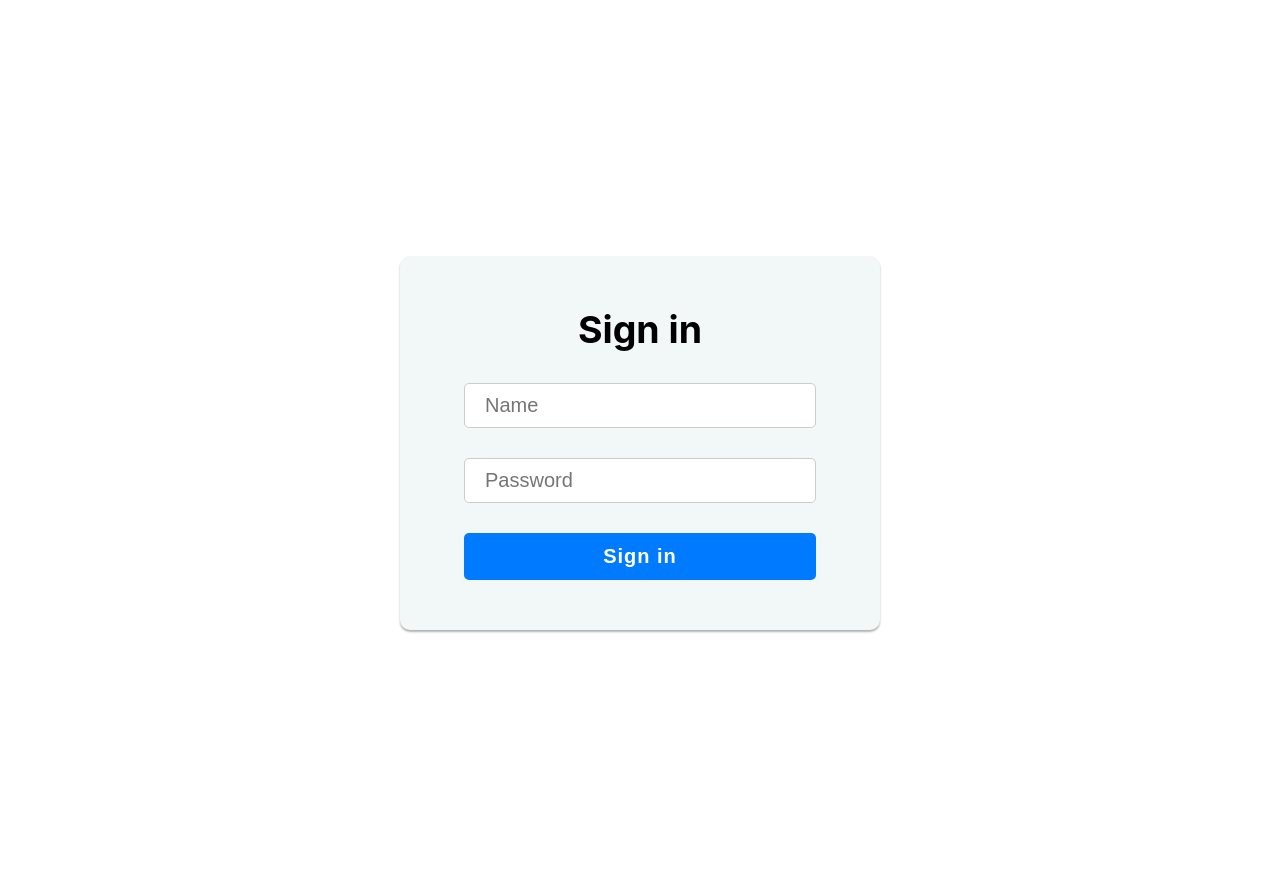
Repository: superHotBob/admin_nftillion
Page: /users
An editor plug-in stored every save of this project. The page is shown before and after the next save, followed by the edit.
The browser window is 1280 px wide. The pictures show the whole page.
The project was rebuilt for these pictures with package versions that can differ from the ones it lists, and the page was loaded fresh each time. Also part of the build but not shown: src/components/Users/styles.scss, src/components/NavPanel/styles.scss, src/components/Collections/styles.scss, src/components/Collections/index.js.

Above is the page before, as saved 2022-04-23 08:38:49.

### src/index.js
import React from "react";
import ReactDOM from "react-dom/client";
import "./index.css";
import { BrowserRouter } from "react-router-dom";
import "./index.css";
import App from "./App";

import reportWebVitals from "./reportWebVitals";

const root = ReactDOM.createRoot(document.getElementById("root"));
root.render(
  <React.StrictMode>
    <BrowserRouter>
      <App />
    </BrowserRouter>
  </React.StrictMode>
);

// If you want to start measuring performance in your app, pass a function
// to log results (for example: reportWebVitals(console.log))
// or send to an analytics endpoint. Learn more: https://bit.ly/CRA-vitals
reportWebVitals();

### src/App.js
import * as React from "react";
import { Routes, Route } from "react-router-dom";
import { Home } from "./components/Home";
import { Users } from "./components/Users";
import './App.css';
import { Collections } from "./components/Collections";

function App() {
  return (
    <div className="App">
    <Routes>
        <Route path="/" element={<Home />} />
        <Route path="users" element={<Users />} />
        <Route path="collections" element={<Collections />} />
      </Routes>
    </div>
  );
}

export default App;

### src/components/Home/index.js
import * as React from "react";
import "./styles.scss";
import axios from "axios";
import { useNavigate } from "react-router-dom";

export const Home = () => {
  const [password, setPassword] = React.useState("");
  const [name, setName] = React.useState("");
  let navigate = useNavigate();

  function login(event) {
    event.preventDefault();
    axios
      .post(`https://jsonplaceholder.typicode.com/users`, {
        name: name,
        password: password,
      })
      .then((res) => {
        console.log(res.data);
        if (res.data.name === "bob") {
          localStorage.setItem("name", res.data.name);
          navigate("/users");
        } else {
          navigate("/");
        }
      });
  }
  return (
    <div className="mainblock">
      <h2>Sign in</h2>
      <form onSubmit={login}>
        <label>

          <input
            type="text"
            value={name}
            required
            onChange={(e) => setName(e.target.value)}
            placeholder="Name"
          />
        </label>
        <label>

          <input
            type="password"
            value={password}
            required
            onChange={(e) => setPassword(e.target.value)}
            placeholder="Password"
          />
        </label>
        <button type="submit">Sign in</button>
      </form>
    </div>
  );
};

### src/components/Users/index.js
import * as React from "react";
import axios from "axios";
import { useNavigate } from "react-router-dom";

import "./styles.scss";

import { NavPanel } from "../NavPanel";

export const Users = () => {
  let navigate = useNavigate();
  const name = localStorage.getItem("name");
  const [data, setData] = React.useState([]);

  React.useEffect(() => {
    name
      ? axios.get(`https://jsonplaceholder.typicode.com/users`).then((res) => {
          console.log(res.data);
          setData(res.data);
        })
      : navigate("/");
  }, [name,navigate]);

  return (
    <>
      <NavPanel />
      <h1 className="header">List of users</h1>
      <div className="mainblockuser">
        <header>
          <span>wallet</span>
          <span>date reg.</span>
          <span>date last auth</span>
          <span>count collections</span>
          <span>count NFTs</span>
        </header>
        <section>
          {data.map((i) => (
            <p className="data">
              <span>{i.id}</span>
              <span>{i.name}</span>
              <span>{i.username}</span>
              <span>{i.email}</span>
              <span>{i.phone}</span>
            </p>
          ))}
        </section>
      </div>
    </>
  );
};

### src/components/Home/styles.scss
$submit: #007bff;
$white: #007bff;
$transition: all 0.25s ease-in-out;
.mainblock {
    width: 440px;
    height: auto;
    padding: 20px;
    background-color: #f2f7f7;
    margin: 20vw auto;
    box-shadow: 0px 2px 2px rgb(0 0 0 / 30%);
    border-radius: 10px;
    font-size: 25px;
    input, button {
        font-size: 20px;
        padding: 10px 20px;
        display: block;
        width: 100%;
        border-radius: 5px;
        border: 1px solid #ccc;
        margin: 10px auto 20px;
        cursor: pointer;
        box-sizing: border-box;
        outline: none;
    }
    label, button {
        width: 80%;
        text-align: left;
        margin: 0 auto 30px;
        display: block;
    }
    button {
        text-align: center;
        font-weight: 800;
    }

    @mixin mybutton($color_1, $color_2) {
        border: 2px solid $color_1;

        letter-spacing: 1px;

          color: #fff;
        background-color: $color_2;
          transition: $transition;
          &:hover {
              background-color: $color_1;
              border-color: $color_1;
              opacity: 0.8;
              color: #fff;
          }
          &:active {
              background-color: $color_1;
              border-color: $color_1;
              color: $color_2;
              box-shadow: none;
          }
          &:focus, &:active:focus {
              background-color: $color_1;
              border-color: $color_1;
              color: $color_2;
              outline: 5px auto $color_1;
          }
      }

    button {

            @include mybutton($submit, $white);

    }
}

### src/components/NavPanel/index.js
import "./styles.scss";
import { NavLink } from "react-router-dom";
export const NavPanel = () => {
  return (
    <div className="mainNavBlock">
      <NavLink
        style={({ isActive }) => {
          return {
            display: "block",
            padding: 20,
            textDecoration: "none",
            width: "45%",
            backgroundColor: isActive ? "#c0c0c0" : "whitw",
            color: !isActive ? "#c0c0c0" : "white",
          };
        }}
        to="/users"
      >
        USERS
      </NavLink>
      <NavLink
        style={({ isActive }) => {
          return {
            display: "block",
            width: "45%",
            textDecoration: "none",
            padding: 20,
            backgroundColor: isActive ? "#c0c0c0" : "white",
            color: !isActive ? "#c0c0c0" : "white",
          };
        }}
        to="/collections"
      >
        COLLECTIONS
      </NavLink>
      <NavLink
        to="/"
        style={{
          display: "block",
          width: "10%",
          textDecoration: "none",
          padding: 20,
          color: '#000',
          borderLeft: '1px solid #ddd'
        }}
      >
        sign out
      </NavLink>
    </div>
  );
};

Loaded but not shown: public/index.html (common file); src/index.css (common file); src/reportWebVitals.js (common file); src/App.css (common file)

After the next save:
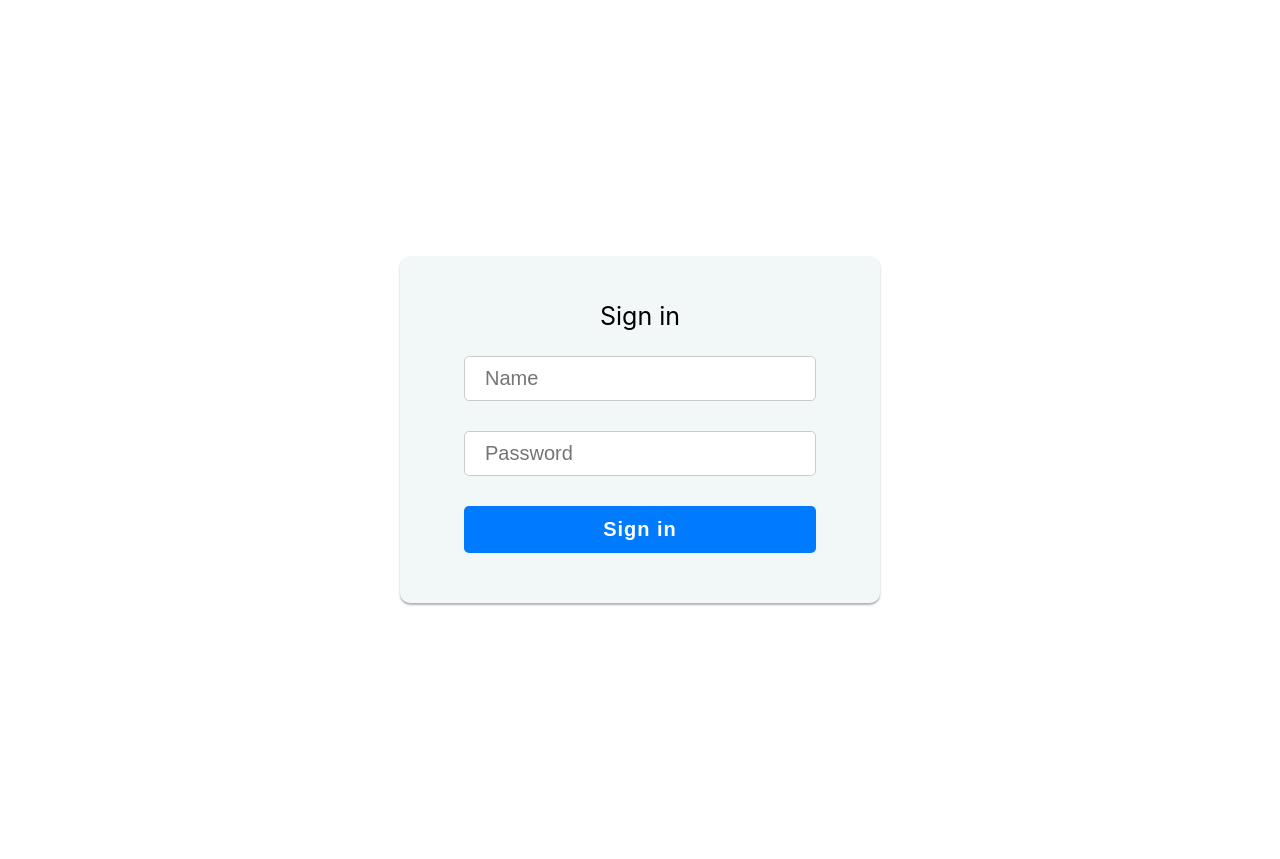
Saved 43 s later.
--- a/src/components/Home/index.js
+++ b/src/components/Home/index.js
@@ -27,7 +27,7 @@
   }
   return (
     <div className="mainblock">
-      <h2>Sign in</h2>
+      <p>Sign in</p>
       <form onSubmit={login}>
         <label>
 

After the save that followed:
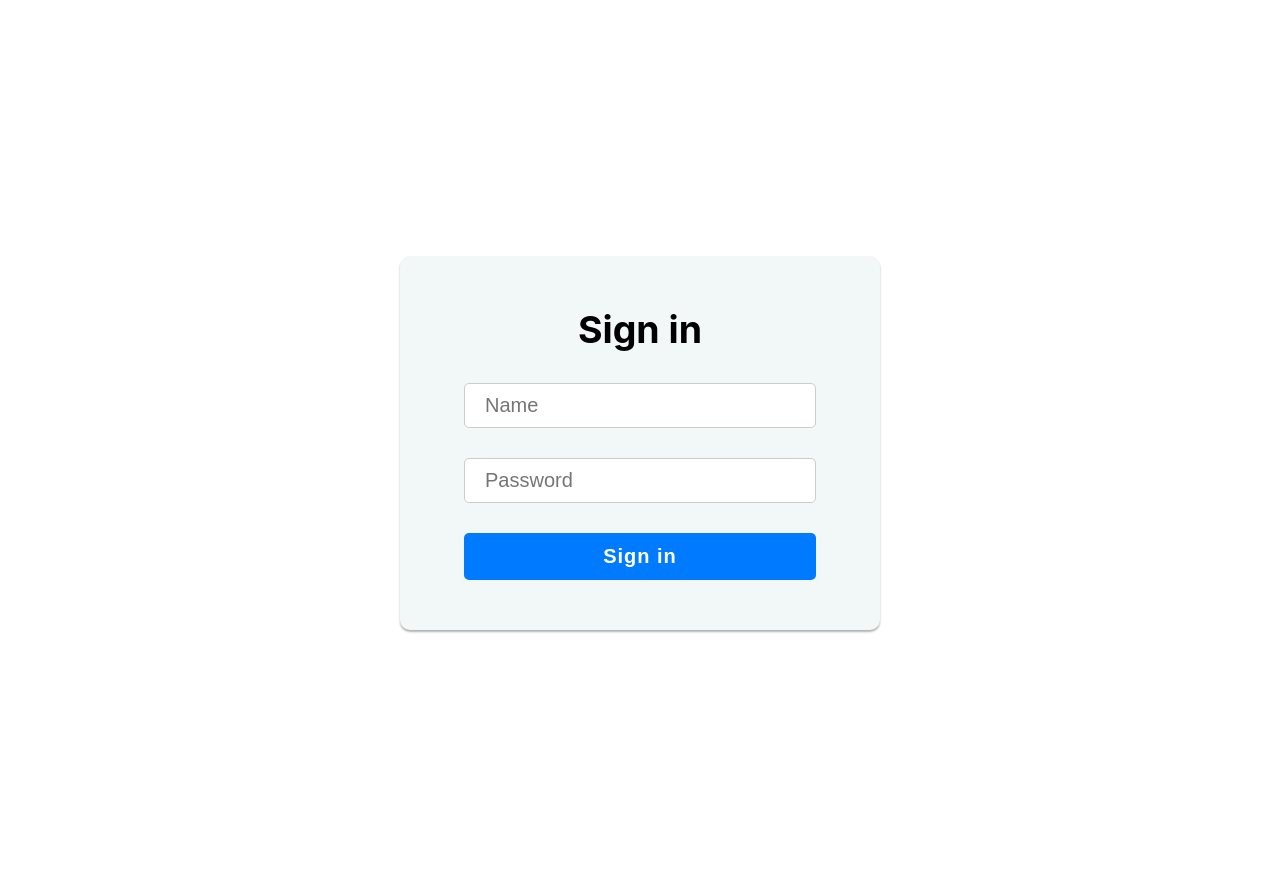
Saved 34 s later.
--- a/src/components/Home/index.js
+++ b/src/components/Home/index.js
@@ -27,7 +27,7 @@
   }
   return (
     <div className="mainblock">
-      <p>Sign in</p>
+      <h2>Sign in</h2>
       <form onSubmit={login}>
         <label>
 
